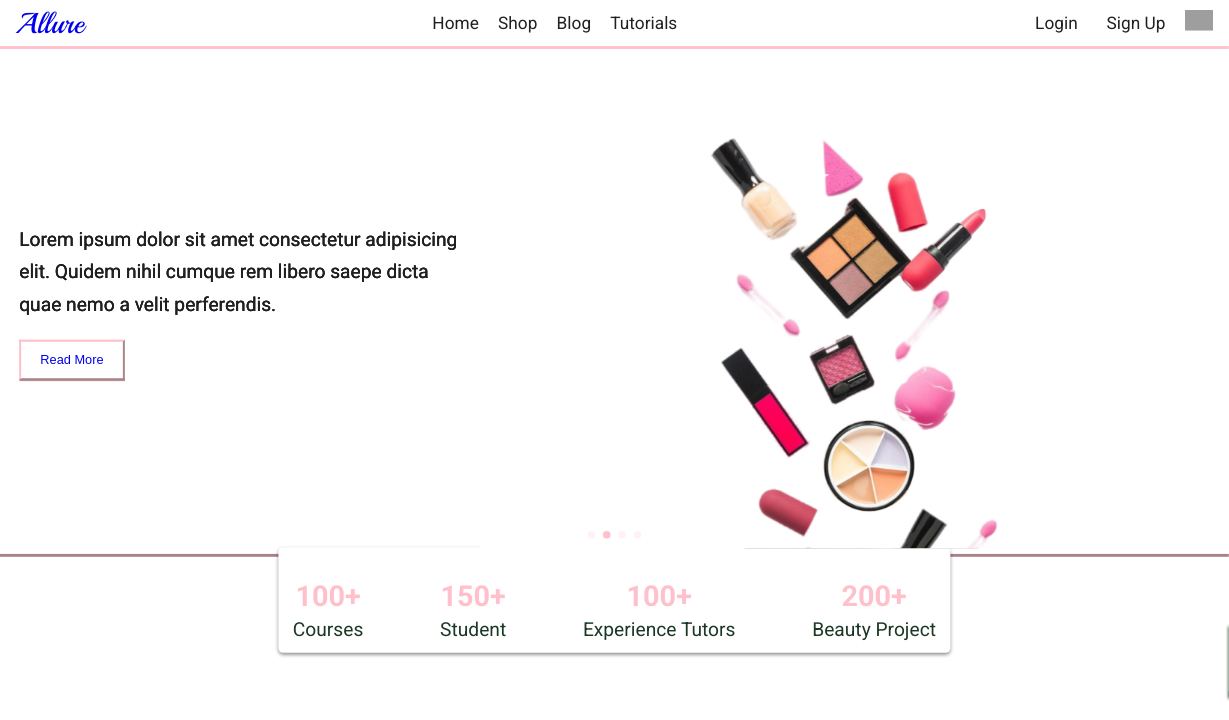
Repository: Benedict-Anthony/Allure-E-commerce-React-Js
Page: /
The author's editor kept a copy of each file at every save. The page is drawn from the files as they stood at one save, then again after the next save.
The browser window is 1280 px wide. The pictures show the whole page, at 96% of full size.
Pictures or frames that could not be fetched are drawn as grey boxes. The page's requests for data from a server got no answer. The project was rebuilt for these pictures with package versions that can differ from the ones it lists, and the page was loaded fresh each time. No one was signed in, and anything a server would have sent is missing. Also part of the build but not shown: src/App.css, src/css/courses.css, src/shared/Course.tsx, src/shared/Product.tsx, src/pages/Shop.tsx, src/pages/Tutorials.tsx, src/pages/ProductDetail.tsx, src/components/CourseDetails.tsx and 15 more.

Above is the page before, as saved 2023-02-04 01:00:37.

After the next save:
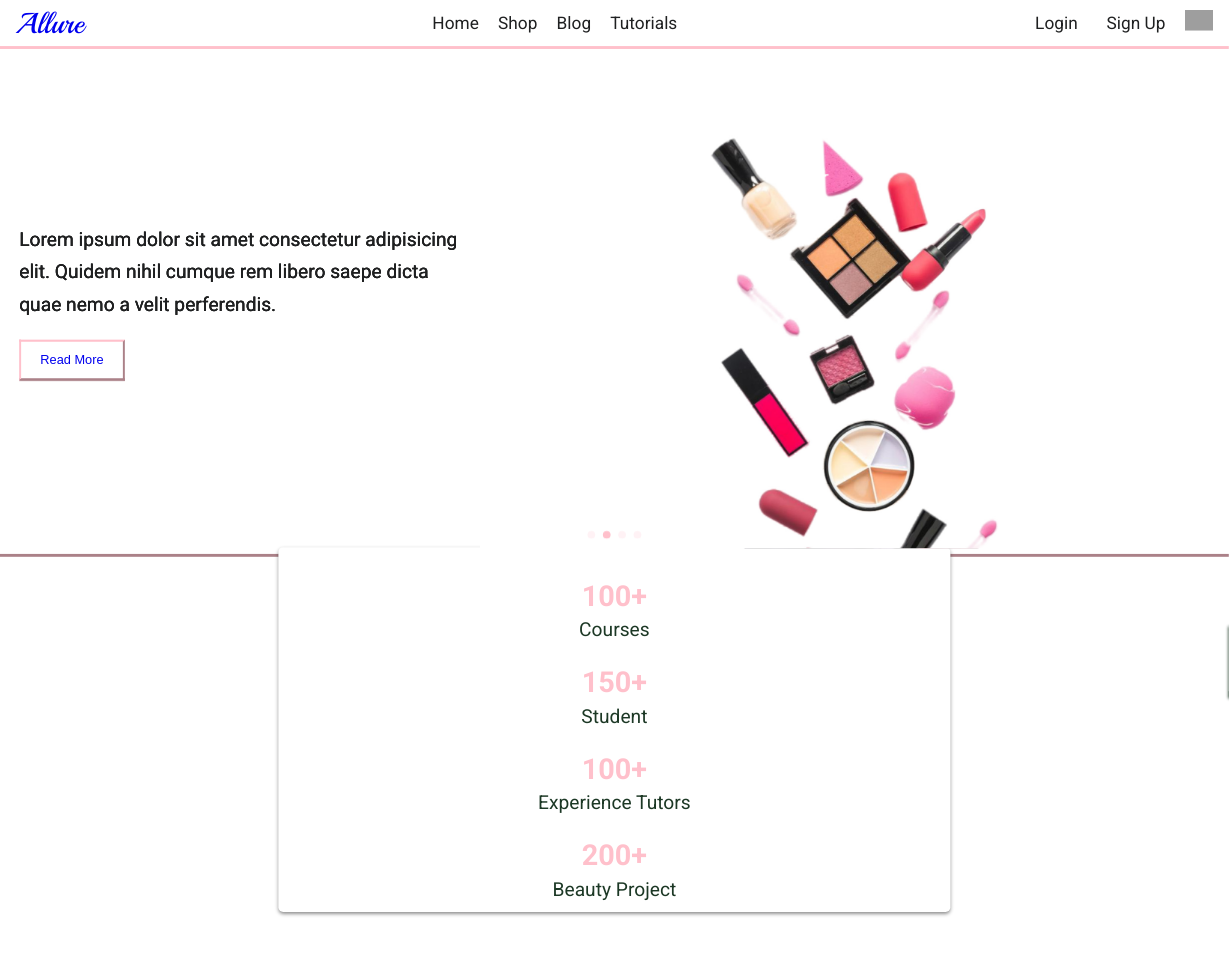
Saved 58 s later.
--- a/src/components/Landing.tsx
+++ b/src/components/Landing.tsx
@@ -64,7 +64,7 @@
 
             <div className="landing__courses">
                 <Card>
-                    <div className="landing__courses-count flex">
+                    <div className="landing__courses-count">
                         {Courses.map((item) => (
                             <div className="count" key={item.id}>
                                 <h2>{item.count}+</h2>
